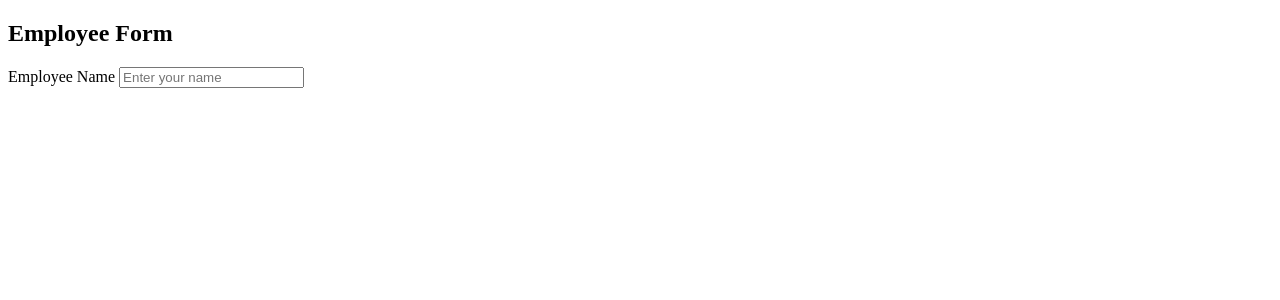
Repository: mrhpn/JavaEE--JSP-SERVLET
Page: JSP_JSTL/WebContent/employee-form.html
These files come from the project's save history. The page is drawn as it stood at one moment and after the next save; the edit follows.
The browser window is 1280 px wide. The pictures show the whole page.

Above is the page before, as saved 2021-04-01 07:06:47.

After the next save:
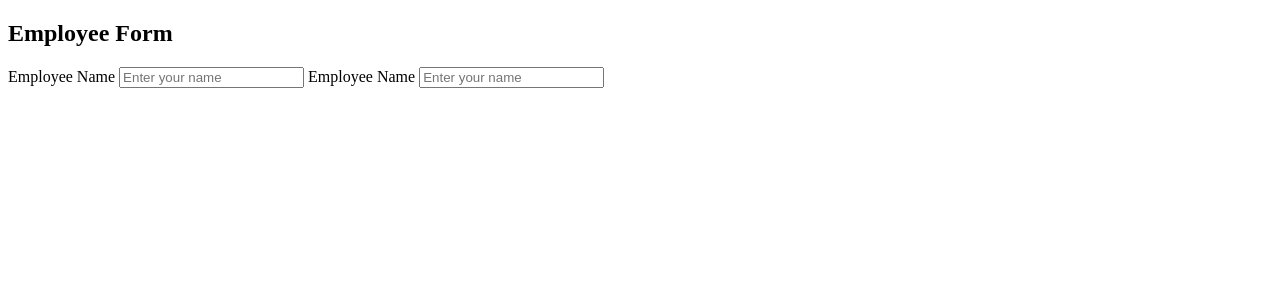
Saved 82 s later.
--- a/JSP_JSTL/WebContent/employee-form.html
+++ b/JSP_JSTL/WebContent/employee-form.html
@@ -10,6 +10,9 @@
 	<form action="read-employee-form.jsp" method="GET">
 		<label>Employee Name</label>
 		<input type="text" name="employeeName" placeholder="Enter your name" required="required" />
+
+		<label>Employee Name</label>
+		<input type="text" name="employeeName" placeholder="Enter your name" required="required" />
 	</form>
 
 </body>
